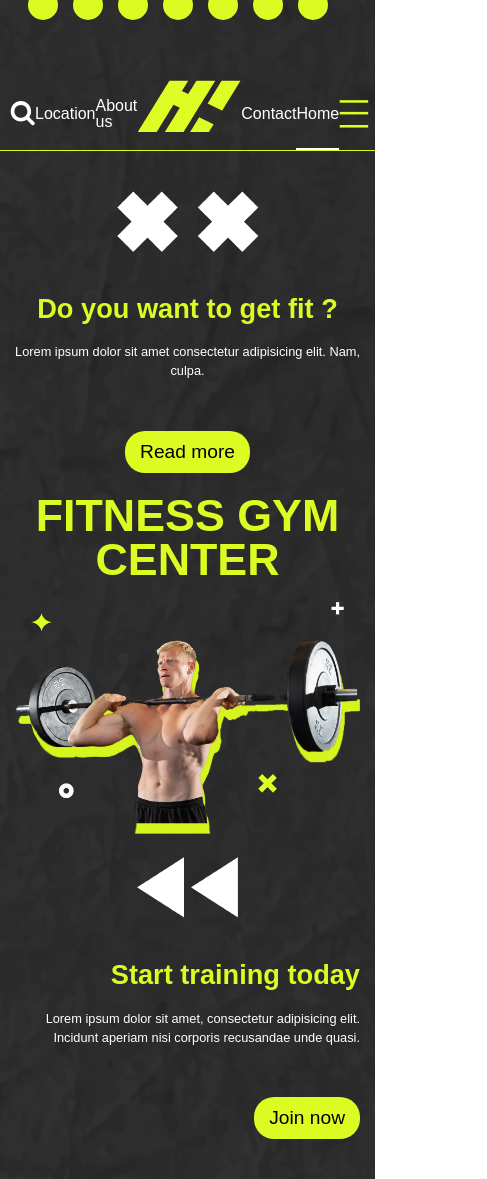
Repository: sem1103/fitness-test
Page: index.html
These files come from the project's save history. The page is drawn as it stood at one moment and after the next save; the edit follows.
The browser window is 375 px wide. The page is 375 px wide, then 487 px, then 375 px, so the pictures cover 487 px, including what lies to the right of the window. The pictures show the whole page.

Above is the page before, as saved 2023-11-03 19:05:49.

### index.html
<!DOCTYPE html>
<html lang="en">
<head>
    <meta charset="UTF-8">
    <meta name="viewport" content="width=device-width, initial-scale=1.0">
    <title>Fitness</title>
    <link rel="stylesheet" href="style/reset.css"/>
    <link rel="stylesheet" href="style/main.css"/>
</head>
<body>
    <div id="circles">
        <ul>
            <li></li>
            <li></li>
            <li></li>
            <li></li>
            <li></li>
            <li></li>
            <li></li>
        </ul>
    </div>
    <header class="container">
        <div id="search">
            <svg version="1.2" xmlns="http://www.w3.org/2000/svg" viewBox="0 0 25 25" width="25" height="25"><style>.a{fill:#fff}</style><path fill-rule="evenodd" class="a" d="m23 24.2c-0.5 0-1 0-1.4-0.5-4.9-4.9-4.9-4.9-4.9-4.9-1.9 1.2-3.7 1.6-5.8 1.6-5.6 0-10.2-4.4-10.2-10 0-5.8 4.6-10.3 10.2-10.3 5.6 0 10.2 4.5 10.2 10.3 0 1.9-0.7 4-1.9 5.6 4.9 5.1 4.9 5.1 4.9 5.1 0.5 0.3 0.7 0.7 0.7 1.2 0 1.2-0.9 1.9-1.8 1.9zm-12.1-20.3c-3.7 0-6.5 2.8-6.5 6.5 0 3.5 2.8 6.3 6.5 6.3 3.5 0 6.5-2.8 6.5-6.3 0-3.7-3-6.5-6.5-6.5z"/></svg>
        </div>
        <nav>
            <ul>
                <li><a href="">Location</a></li>
                <li><a href="">About us</a></li>
                <li><a href=""><img src="./img/logo.png" alt="Logo"></a></li>
                <li><a href="">Contact</a></li>
                <li class="active"><a href="">Home</a></li>
            </ul>
        </nav>
        <div id="burger__menu">
            <img src="img/burger-icon.png" alt="">
        </div>
    </header>
    <main>

        <div id="intro" class="container">
            <div class="side__section">
                <div class="img">
                    <img src="img/section-one.png" alt="">
                </div>
                <h2>Do you want
                    to get fit ?</h2>
                <p>Lorem ipsum dolor sit amet consectetur adipisicing elit. Nam, culpa.</p>
                <button>Read more</button>
            </div>
            <div class="main__section">
                <h1>FITNESS GYM <br/>
                    CENTER</h1>
                <img src="img/section-two.png" alt="">
            </div>
            <div class="side__section">
                <div class="img">
                    <img src="img/section-three.png" alt="">
                </div>
                <h2>Start training
                    today</h2>
                <p>Lorem ipsum dolor sit amet, consectetur adipisicing elit. Incidunt aperiam nisi corporis recusandae unde quasi.</p>
                <button>Join now</button>
            </div>
        </div>


    </main>
</body>
</html>

### style/reset.css
html, body, div, span, applet, object, iframe,
h1, h2, h3, h4, h5, h6, p, blockquote, pre,
a, abbr, acronym, address, big, cite, code,
del, dfn, em, img, ins, kbd, q, s, samp,
small, strike, strong, sub, sup, tt, var,
b, u, i, center,
dl, dt, dd, ol, ul, li,
fieldset, form, label, legend,
table, caption, tbody, tfoot, thead, tr, th, td,
article, aside, canvas, details, embed,
figure, figcaption, footer, header, hgroup,
menu, nav, output, ruby, section, summary,
time, mark, audio, video {
	margin: 0;
	padding: 0;
	border: 0;
	font-size: 100%;
	font: inherit;
	vertical-align: baseline;
}
/* HTML5 display-role reset for older browsers */
article, aside, details, figcaption, figure,
footer, header, hgroup, menu, nav, section {
	display: block;
}
body {
	line-height: 1;
	font-family: Arial, Helvetica, sans-serif;
}
ol, ul {
	list-style: none;
}
blockquote, q {
	quotes: none;
}
blockquote:before, blockquote:after,
q:before, q:after {
	content: '';
	content: none;
}
table {
	border-collapse: collapse;
	border-spacing: 0;
}
a{
	text-decoration: none;
}

### style/main.css
.container {
    max-width: 1100px;
    margin: auto;
}

body {
    background: url(./../img/background.png) center/cover;
    min-height: 100vh;
}

#circles ul {
    display: flex;
    flex-direction: row;
    width: 100%;
    justify-content: center;
    gap: 15px;
    margin: -10px;
}

#circles li {
    padding: 15px;
    border-radius: 50%;
    background-color: #dbfb23;
}

header {
    padding: 70px 10px 0 10px;
    border-bottom: 1px solid #dbfb23;
}
header > div{
    flex-basis: 5%;
}

header,
nav ul {
    display: flex;
    flex-direction: row;
    justify-content: space-between;
    align-items: center;
}

nav {
    flex-basis: 80%;
}

nav ul {
    align-items: stretch;
}

nav li {
    display: flex;
    align-items: center;
    transition: all .3s ease-in-out;
    border-bottom: 2px solid transparent;
}
nav li:nth-child(3){
    margin: 0 0 15px 0;
    border: 0;
}
nav a {
    color: #fff;
}

nav li:hover {
    color: #dbfb23;
    transition: all .3s ease-in-out;
    border-color: #fff;
}
.active{
    color: #dbfb23;
    transition: all .3s ease-in-out;
    border-color: #fff;
}

#burger__menu{
    text-align: center;
}

h1{
    font-size: 3.8rem;
    font-weight: 900;
    color: #dbfb23;
    text-align: center;
    margin: 0  0 20px 0;
}
h2{
    color: #dbfb23;
    font-size: 1.7rem;
    font-weight: 600;
}
#intro{
    display: flex;
    flex-direction: row;
    padding: 40px 15px;
    gap: 20px;
}
#intro p{
    color: #fff;
    font-size: 1.1rem;
    line-height: 1.5;
    margin: 0 0 50px 0;
}

#intro button{
    border: 0;
    outline: 0;
    padding: 10px 15px;
    background-color: #dbfb23;
    border-radius: 20px;
    font-size: 1.2rem;
    cursor: pointer;
}
.img{
    text-align: center;
    margin: 0 0 40px 0;
}
.main__section img{
    width: 100%;
}
.main__section{
    flex-basis: 50%;
}
.side__section{
    flex-basis: 25%;
}
.side__section h2{
    margin: 20px 0;
}
.side__section:last-of-type{
    text-align: right;
}


@media only screen and (max-width: 950px) {
    h1{
        font-size: 2.8rem;
    }
}
@media only screen and (max-width: 768px) {
    #intro p{
        font-size: .8rem;
    }
}

@media only screen and (max-width: 520px) {
    #intro, .side__section{
        flex-direction: column;
        text-align: center;
    }
}

After the next save:
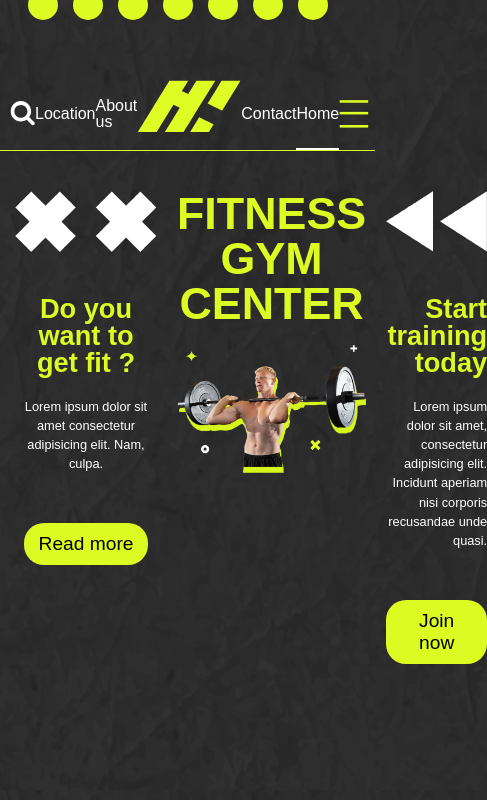
Saved 14 s later.
--- a/style/main.css
+++ b/style/main.css
@@ -143,8 +143,11 @@
 }
 
 @media only screen and (max-width: 520px) {
-    #intro, .side__section{
+    #intro, {
         flex-direction: column;
         text-align: center;
     }
+    .side__section{
+        text-align: center;
+    }
 }

After the save that followed:
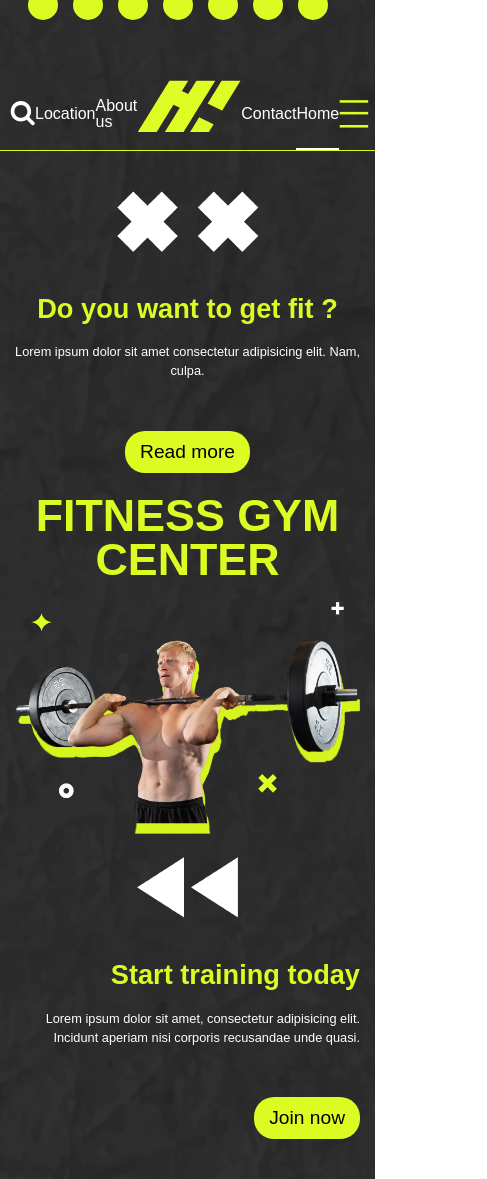
Saved 7 s later.
--- a/style/main.css
+++ b/style/main.css
@@ -143,7 +143,7 @@
 }
 
 @media only screen and (max-width: 520px) {
-    #intro, {
+    #intro {
         flex-direction: column;
         text-align: center;
     }
